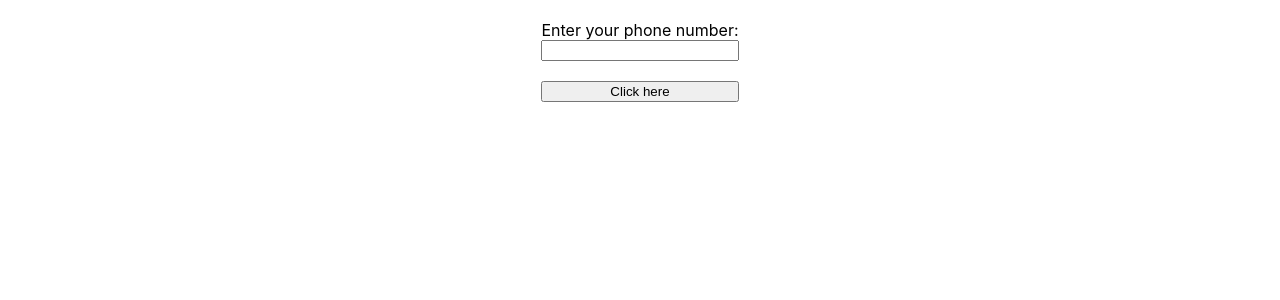
Repository: Rubin78/login-verification
Page: /
The author's editor kept a copy of each file at every save. The page is drawn from the files as they stood at one save, then again after the next save.
The browser window is 1280 px wide. The pictures show the whole page.
The project was rebuilt for these pictures with package versions that can differ from the ones it lists, and the page was loaded fresh each time.

Above is the page before, as saved 2021-02-15 02:01:51.

After the next save:
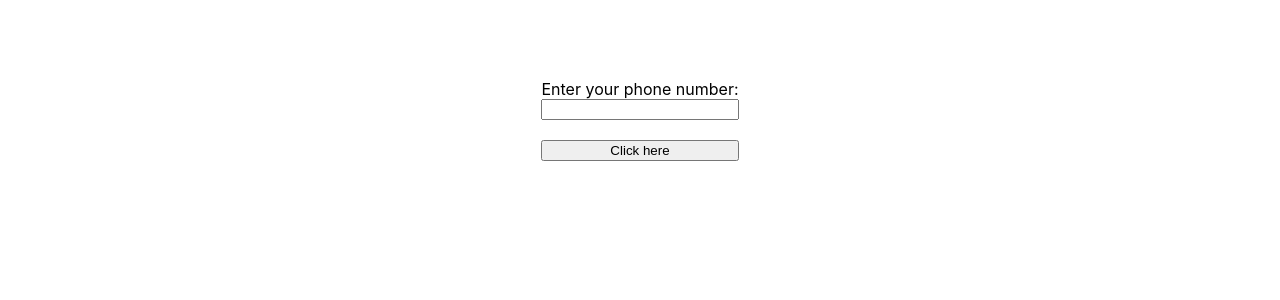
Saved 12 s later.
--- a/src/App.js
+++ b/src/App.js
@@ -76,7 +76,7 @@ export default class App extends Component {
         <form onSubmit={this.handleClick}>
           <div id="recaptcha"></div>
           <br />
-          <div style={{ height: 200  ,display:"flex",flexDirection:'column'}}>
+          <div style={{ height: 200  ,display:"flex",flexDirection:'column',justifyContent:'center'}}>
             {" "}
             <div>
               <label for="phone">Enter your phone number: </label>
